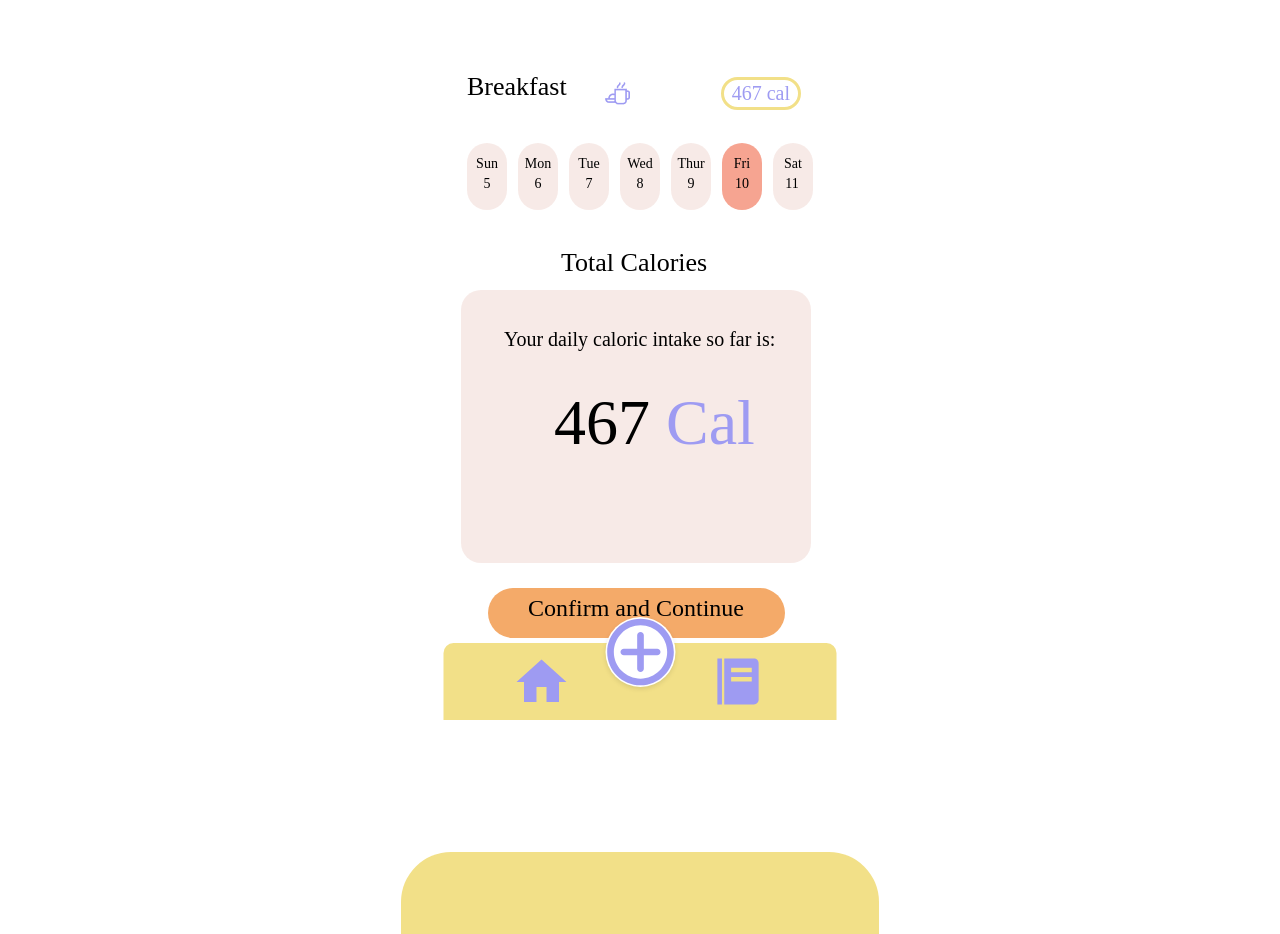
Repository: MeowCeline00/G5-Calorie-Tracker
Page: BreakfastCalCounter/index.html
The author's editor kept a copy of each file at every save. The page is drawn from the files as they stood at one save, then again after the next save.
The browser window is 1280 px wide. The pictures show the whole page.

Above is the page before, as saved 2024-05-26 14:09:17.
Console error: ReferenceError: renderLandingPage is not defined

After the next save:
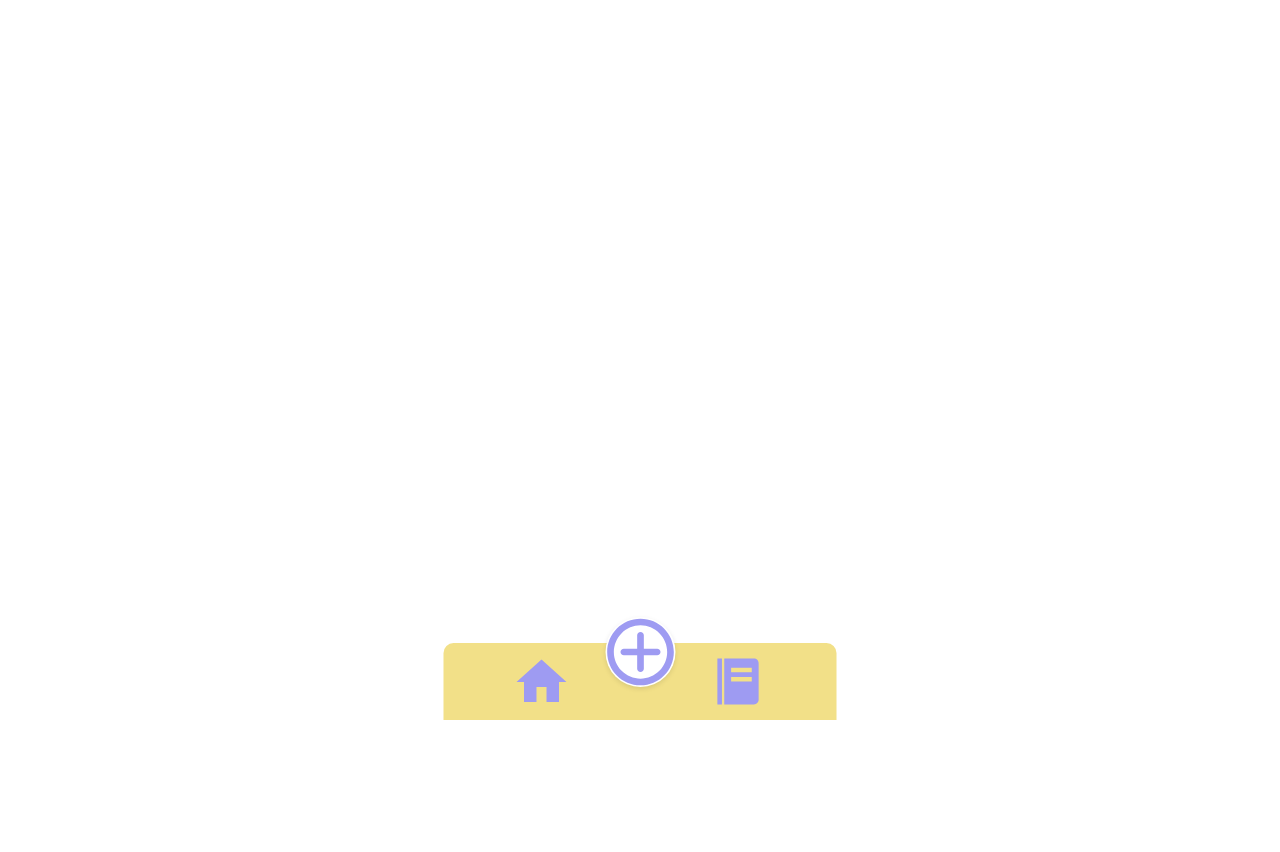
Saved 5 s later.
--- a/BreakfastCalCounter/index.html
+++ b/BreakfastCalCounter/index.html
@@ -86,7 +86,7 @@
 			  <script src="/scripts/navbar.js"></script>
 
 	  <div class="navBarContainer">
-		<div class="navBar">
+		<!-- <div class="navBar"> -->
 		<!-- <a href="/index.html"><img class="image1" src="/Images/Vector.png"></a>
 		<a href="/index.html"><img class="image02"src="/Images/vector02.png"></a>
 		<a href="/index.html"><img class="image03" src="/Images/Vector1.png"></a> -->

After the save that followed:
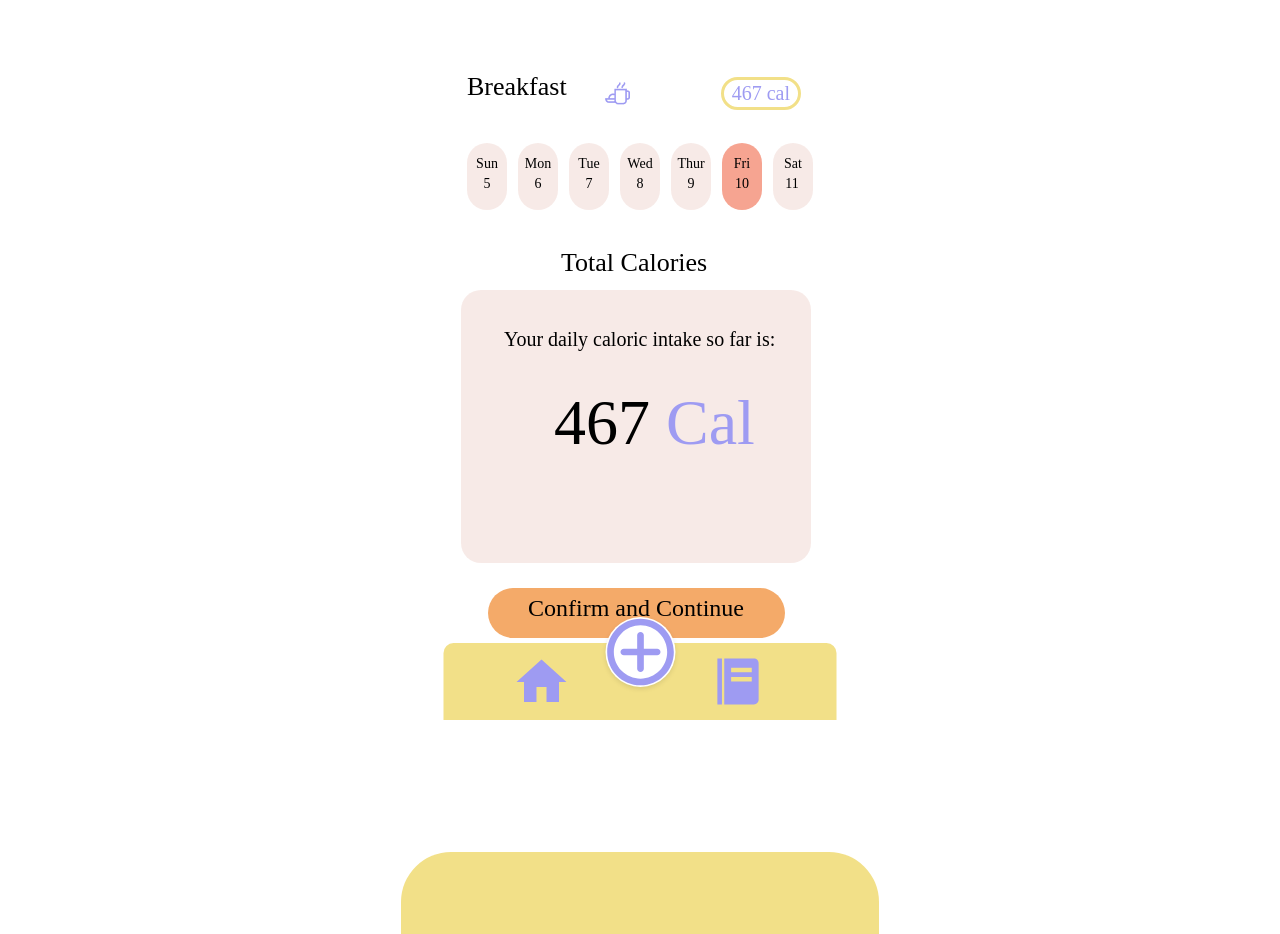
Saved 5 s later.
--- a/BreakfastCalCounter/index.html
+++ b/BreakfastCalCounter/index.html
@@ -86,7 +86,7 @@
 			  <script src="/scripts/navbar.js"></script>
 
 	  <div class="navBarContainer">
-		<!-- <div class="navBar"> -->
+		<div class="navBar">
 		<!-- <a href="/index.html"><img class="image1" src="/Images/Vector.png"></a>
 		<a href="/index.html"><img class="image02"src="/Images/vector02.png"></a>
 		<a href="/index.html"><img class="image03" src="/Images/Vector1.png"></a> -->
